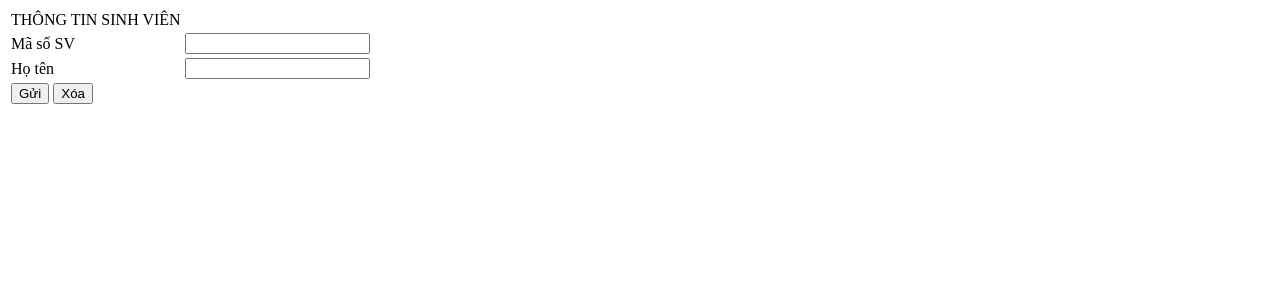
Repository: Pr-DuyTam/HTML-CSS-JS-PHP
Page: http://localhost/Bài 1 (Tạo form thông tin)/Bài tập 1(form).php
An editor plug-in stored every save of this project. The page is shown before and after the next save, followed by the edit.
The browser window is 1280 px wide. The pictures show the whole page.
The page is run by PHP 8.4 with error messages shown; the project is at /var/www/html/.

Above is the page before, as saved 2023-09-02 09:33:36.

### PHP/Bài tập PHP/Bài 1 (Tạo form thông tin)/Bài tập 1(form).php
<!DOCTYPE html>
<html lang="en">
<head>
    <meta charset="UTF-8">
    <meta name="viewport" content="width=device-width, initial-scale=1.0">
    <title>Form thông tin</title>
</head>
<body>
    <form action="" name="f" method="post">
        <table>
            <tr>
                <td>THÔNG TIN SINH VIÊN</td>
            </tr>

            <tr>
                <td>Mã số SV</td>
                <td><input type="text" name="txtMSSV"></td>
            </tr>

            <tr>
                <td>Họ tên</td>
                <td><input type="text" name="txtHoTen"></td>
            </tr>

            <tr>
                <td>
                    <input type="submit" name="btnGui" value="Gửi"/>
                    <input type="reset" name="btnXoa" value="Xóa"/>
                </td>
            </tr>
        </table>
    </form>
</body>
</html>

After the next save:
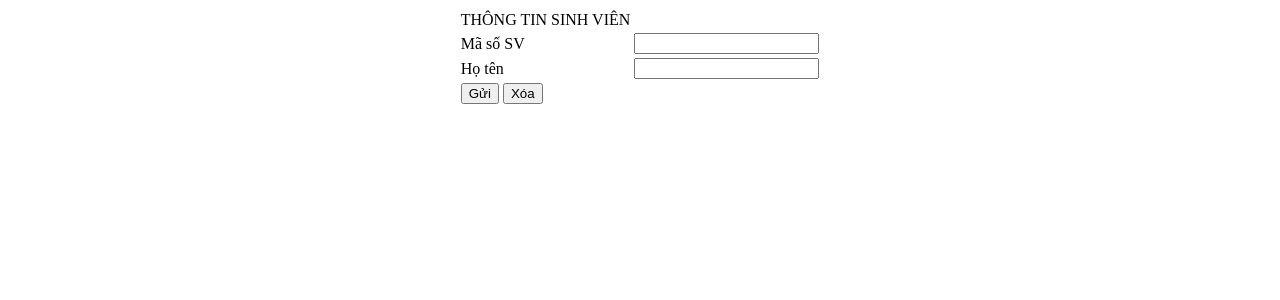
Saved 16 s later.
--- a/PHP/Bài tập PHP/Bài 1 (Tạo form thông tin)/Bài tập 1(form).php
+++ b/PHP/Bài tập PHP/Bài 1 (Tạo form thông tin)/Bài tập 1(form).php
@@ -7,7 +7,7 @@
 </head>
 <body>
     <form action="" name="f" method="post">
-        <table>
+        <table align="center">
             <tr>
                 <td>THÔNG TIN SINH VIÊN</td>
             </tr>
